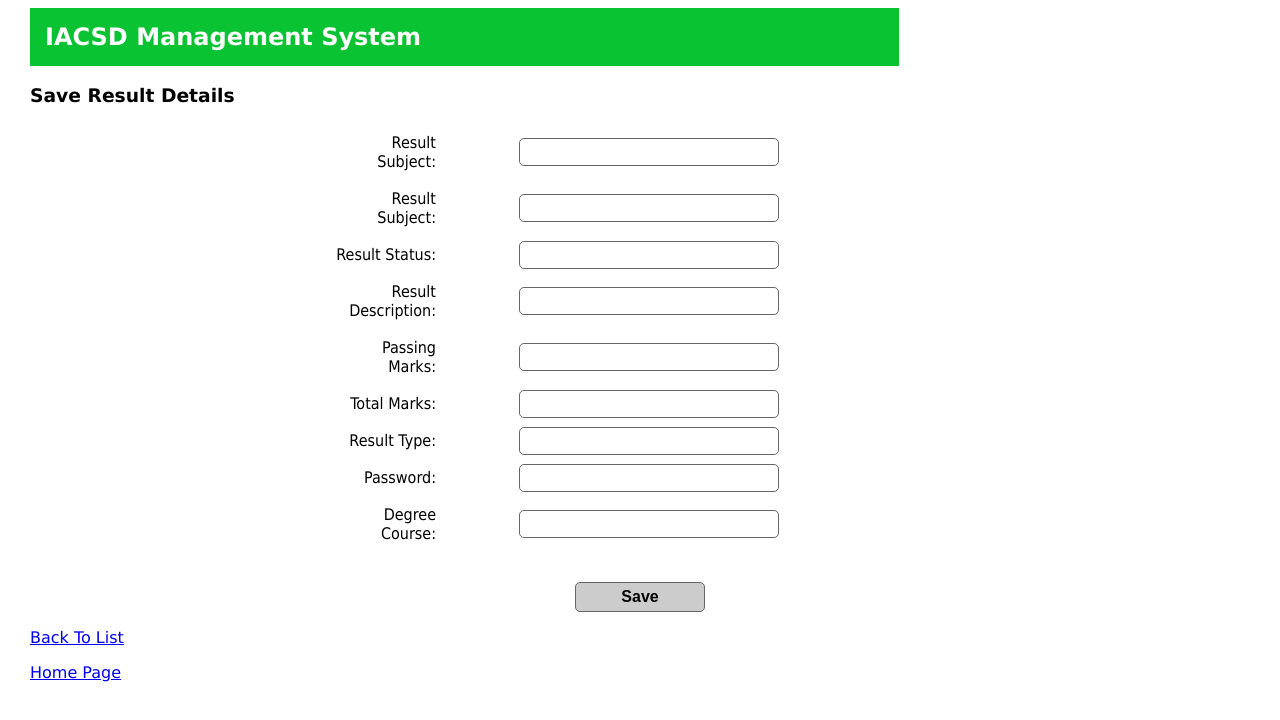
Repository: vsc8791/IMS
Page: http://localhost/web-customer-tracker/WEB-INF/view/result-form.jsp
The author's editor kept a copy of each file at every save. The page is drawn from the files as they stood at one save, then again after the next save.
The browser window is 1280 px wide. The pictures show the whole page.
The page is served by Tomcat 9. Nobody is signed in. The template is opened directly, without the code that normally fills it, so the values that code supplies are empty.

Above is the page before, as saved 2018-07-28 06:14:36.

After the next save:
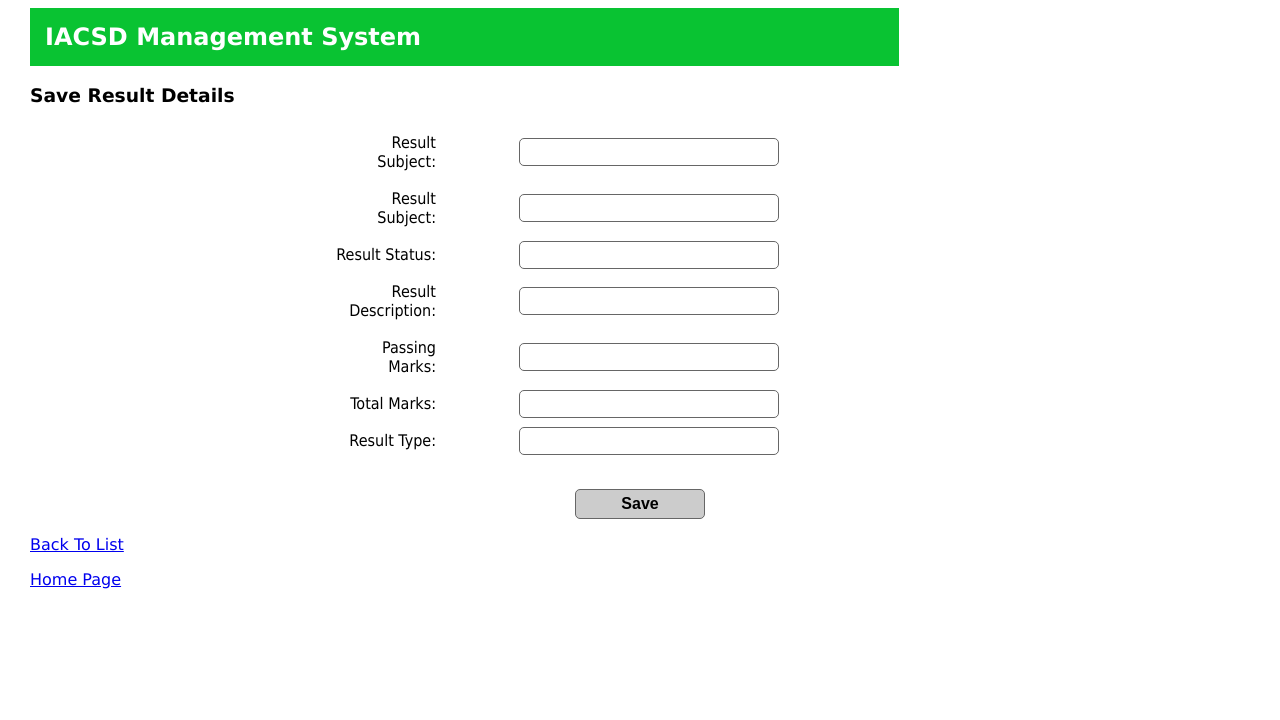
Saved 66 s later.
--- a/web-customer-tracker/WebContent/WEB-INF/view/result-form.jsp
+++ b/web-customer-tracker/WebContent/WEB-INF/view/result-form.jsp
@@ -54,14 +54,7 @@
 						<td><label>Result Type:</label></td>
 						<td><form:input path="result_type"/></td>
 					</tr>
-					<tr>
-						<td><label>Password:</label></td>
-						<td><form:input path="password" type="password" /></td>
-					</tr>
-					<tr>
-						<td><label>Degree Course:</label></td>
-						<td><form:input path="degree_course"/></td>
-					</tr>
+
 
 				</tbody>
 
@@ -70,7 +63,7 @@
 		</form:form>
 		<!--  <center><input  type="submit" value="Save" class="save"/> </center> -->
 		<div style="clear;both;"></div>
-		<p><a href="${pageContext.request.contextPath}/student/list">Back To List</a></p>
+		<p><a href="${pageContext.request.contextPath}/result/list">Back To List</a></p>
 			<a href="http://localhost:8082/web-customer-tracker/">Home Page</a>
 	</div>
 
